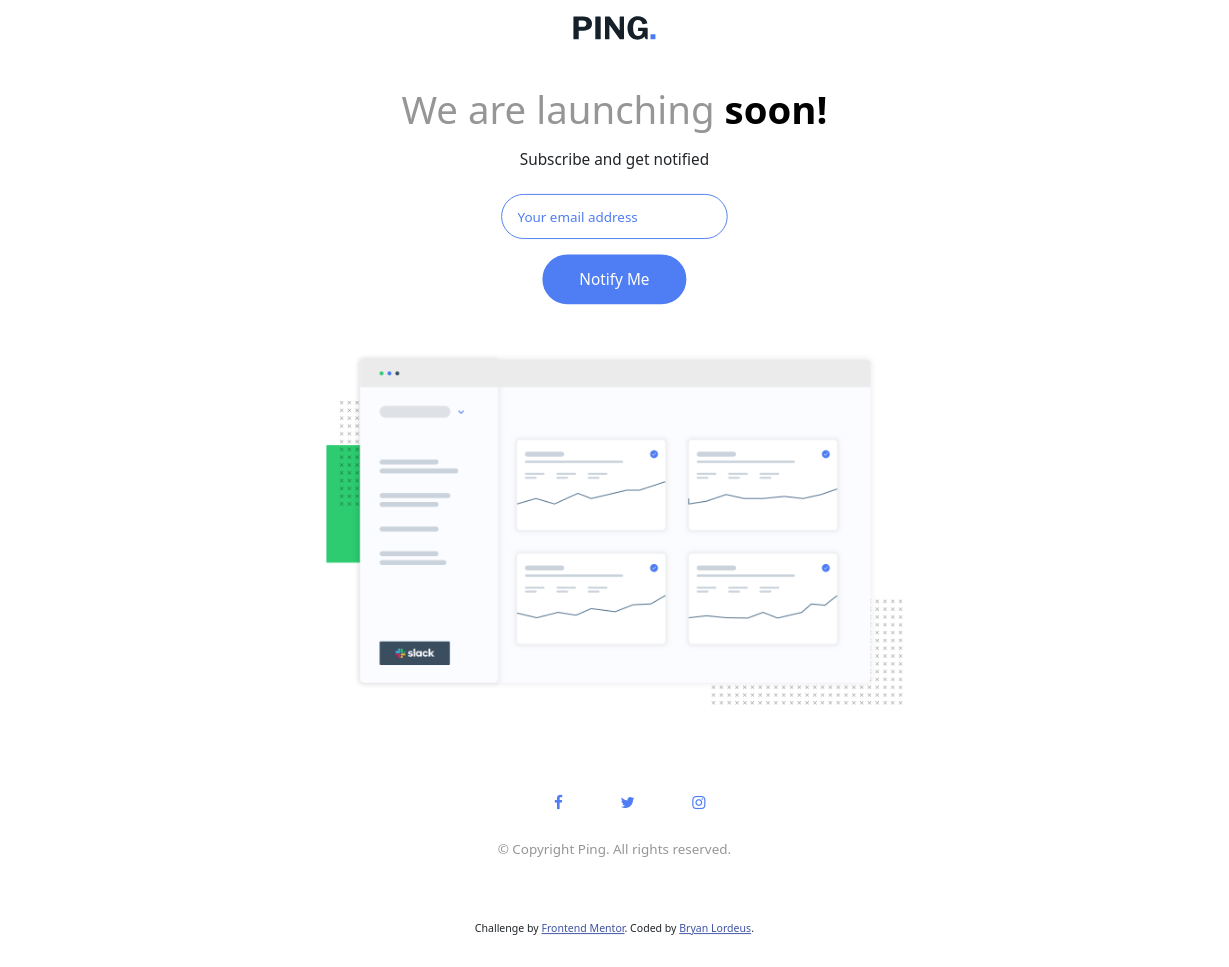
Repository: blordeus/ping-coming-soon-page-master
Page: index.html
The author's editor kept a copy of each file at every save. The page is drawn from the files as they stood at one save, then again after a run of saves.
The browser window is 1280 px wide. The pictures show the whole page, at 96% of full size.
The pointer rests on the first visible `.icons ul li`.
The style sheet was rebuilt from its Sass, Less or Tailwind sources for each picture, by a compiler version that may differ from the author's.

Above is the page before, as saved 2023-08-31 12:13:47.

### index.html
<!DOCTYPE html>
<html lang="en">
<head>
  <meta charset="UTF-8">
  <meta name="viewport" content="width=device-width, initial-scale=1.0"> <!-- displays site properly based on user's device -->

  <link rel="icon" type="image/png" sizes="32x32" href="./images/favicon-32x32.png">
  <link rel="stylesheet" href="style.css">
  <link href="https://cdn.jsdelivr.net/npm/bootstrap@5.3.1/dist/css/bootstrap.min.css" rel="stylesheet" integrity="sha384-4bw+/aepP/YC94hEpVNVgiZdgIC5+VKNBQNGCHeKRQN+PtmoHDEXuppvnDJzQIu9" crossorigin="anonymous">
  <link rel="stylesheet" href="https://maxcdn.bootstrapcdn.com/font-awesome/4.7.0/css/font-awesome.min.css">

  <title>Frontend Mentor | Ping coming soon page</title>


</head>
<body>
  <main class="text-center my-3 mx-4">
    <header>
      <img class="mb-5" src="./images/logo.svg" alt="logo">
    </header>

    <section>
      <h1 class="gray-color">We are launching <strong class="text-black">soon!</strong></h1>
      <p class="mt-3 mb-4">Subscribe and get notified</p>
    </section>


    <div>
      <form action="" class="">
        <input
        class="rounded-pill px-3"
        type="email"
        placeholder="Your email address"
        id="email"
        autocomplete="off"
        required>
      </form>
      <button class="mt-3 rounded-pill text-white ">Notify Me</button>
    </div>

    <section class="showcase">
      <img src="./images/illustration-dashboard.png" alt="dashboard">
    </section>

    <div class="icons">
      <ul>
        <li><i class="fa fa-facebook" aria-hidden="true"></i></li>
        <li><i class="fa fa-twitter" aria-hidden="true"></i></li>
        <li><i class="fa fa-instagram" aria-hidden="true"></i></li>
      </ul>
    </div>

    <p class="gray-color copyright">&copy; Copyright Ping. All rights reserved.</p>

    <footer class="pt-5">
      <p class="attribution">
        Challenge by <a rel="noopener" href="https://www.frontendmentor.io?ref=challenge" target="_blank">Frontend Mentor</a>.
        Coded by <a href="#">Bryan Lordeus</a>.
      </p>
    </footer>
  </main>
  <script src="https://cdn.jsdelivr.net/npm/bootstrap@5.3.1/dist/js/bootstrap.bundle.min.js" integrity="sha384-HwwvtgBNo3bZJJLYd8oVXjrBZt8cqVSpeBNS5n7C8IVInixGAoxmnlMuBnhbgrkm" crossorigin="anonymous"></script>
</body>
</html>

### style.scss
  @import url('https://fonts.googleapis.com/css2?family=Libre+Franklin:wght@300;600;700&display=swap');

:root {
    --very-dark-blue: hsl(209, 33%, 12%);
    --dark-gray: hsl(0, 0%, 59%);
    --blue: hsl(223, 87%, 63%);
    --light-red: hsl(354, 100%, 66%);
    --pale-blue: hsl(223, 100%, 88%);
}

* {
    box-sizing: border-box;
    margin: 0;
    padding: 0;
}

body {
    font-size: 20px;
    font-family: 'Libre Franklin', sans-serif;
    min-height: 100vh;
    display: flex;
    flex-direction: column;
    justify-content: center;
    align-items: center;
}

img {
    max-width: 100%;
}

ul {
    list-style: none;
}

.heading h1 {
    font-weight: 300;
}

.heading h1 span {
    font-weight: 700;
}

form {
    width: 300px;
    margin: auto;
}

form input {
    width: 100%;
    padding: 8px;
    font-family: inherit;
    font-size: 14px;
    color: var(--blue);
    border: 1px solid var(--blue);
    outline: none;
}

form input::placeholder {
    color: var(--blue);
}

button {
    width: 300px;
    padding: 8px;
    background-color: var(--blue);
    font-family: inherit;
    border: 2px solid var(--blue);
    transition: background-color 0.4s;
}

button:hover {
    cursor: pointer;
    background-color: transparent;
    color: var(--blue);
}

.gray-color {
    color: var(--dark-gray);
}

.showcase {
    padding: 50px 20px 80px;
}

.icons ul {
    display: flex;
    justify-content: center;
    align-items: center;
}

.icons ul li {
    margin: 0 20px;
    color: var(--blue);
    padding: 10px;
}

.copyright {
    font-size: 14px;
}

  .attribution { font-size: 11px; text-align: center; }
  .attribution a { color: hsl(228, 45%, 44%); }

  @media (min-width: 700px) {
    .heading h1 {
        font-size: 36px;
    }

    .heading form {
        width: auto;
    }

    form input, button {
        width: auto;
        padding: 12px 20px;
    }

    button {
        width: 150px;
    }

    .showcase img {
        width: 600px;
    }
  }

After the next 4 saves:
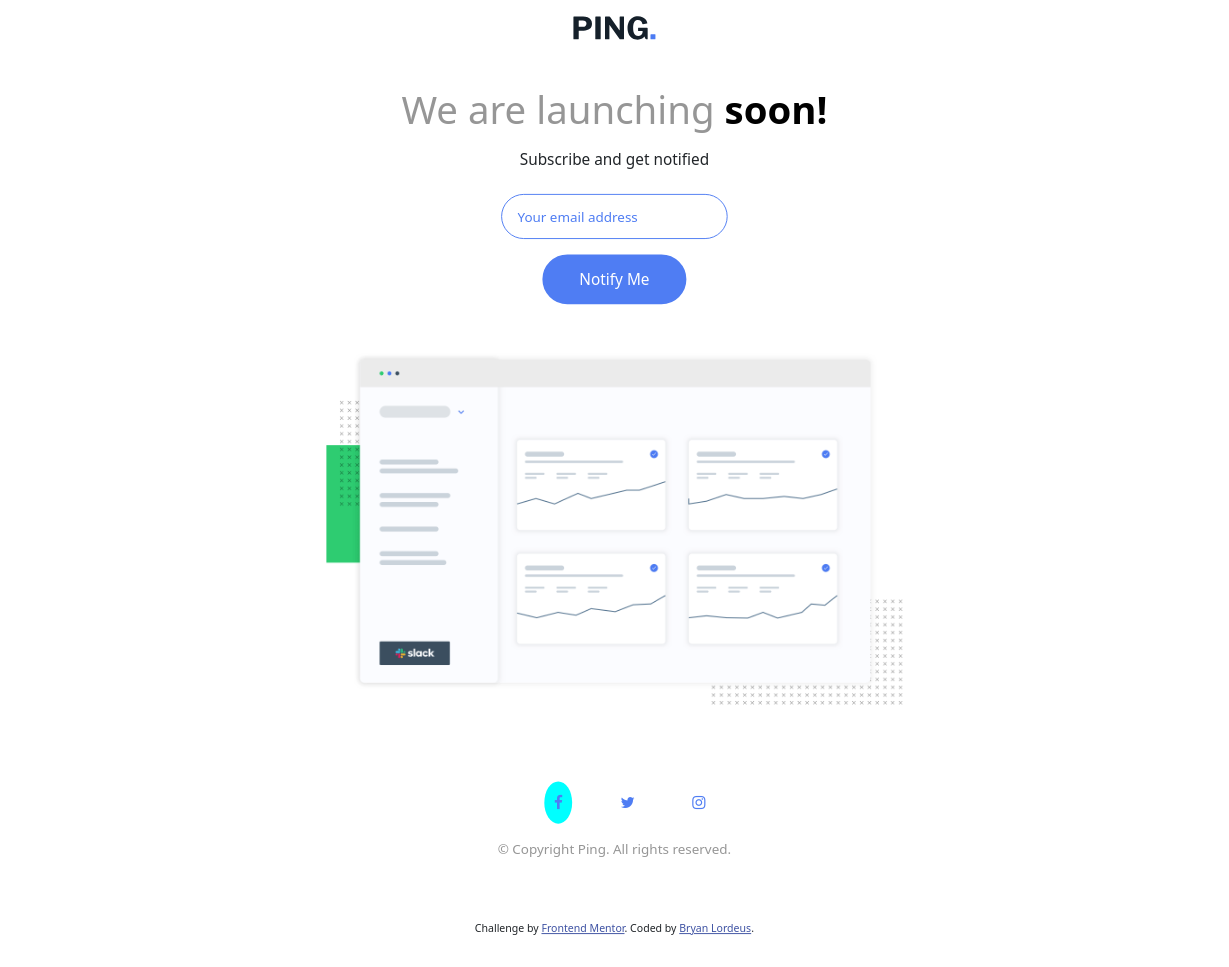
The 4 saves are shown as one change because 1 did not build or start and some came seconds apart.
The last was saved 21 s later.
--- a/style.scss
+++ b/style.scss
@@ -94,6 +94,11 @@
     padding: 10px;
 }
 
+.icons ul li:hover {
+    border-radius: 100%;
+    background-color:aqua;
+}
+
 .copyright {
     font-size: 14px;
 }
